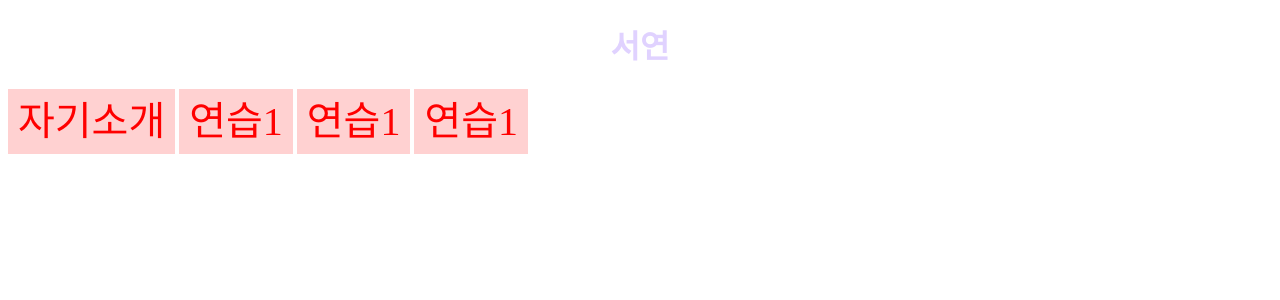
Repository: seoyeon0619/WebProgramming
Page: http://localhost/myhome1/index.jsp
An editor plug-in stored every save of this project. The page is shown before and after the next save, followed by the edit.
The browser window is 1280 px wide. The pictures show the whole page.
The page is served by Tomcat 9.

Above is the page before, as saved 2022-12-29 06:28:12.

After the next save:
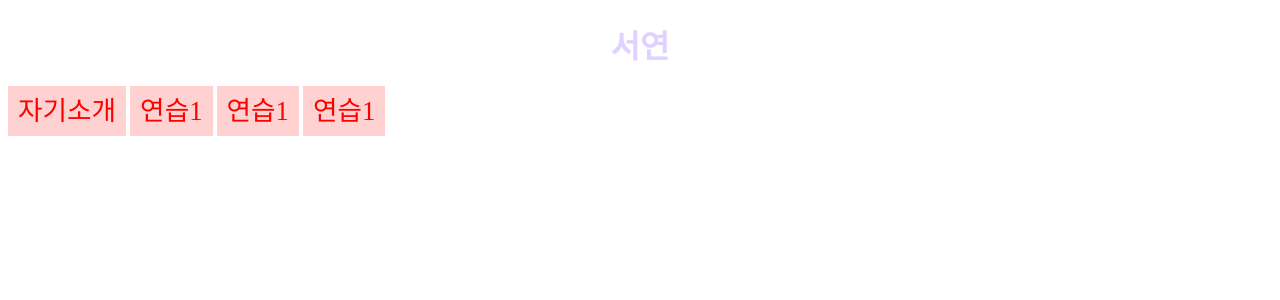
Saved 20 s later.
--- a/workspace1/myhome1/src/main/webapp/index.jsp
+++ b/workspace1/myhome1/src/main/webapp/index.jsp
@@ -15,7 +15,7 @@
             height: 120px;
             padding: 10px 10px;
             background-color: hsl(0, 100%, 91%);
-            font-size: 30pt;
+            font-size: 20pt;
         }
 
         a:link {
